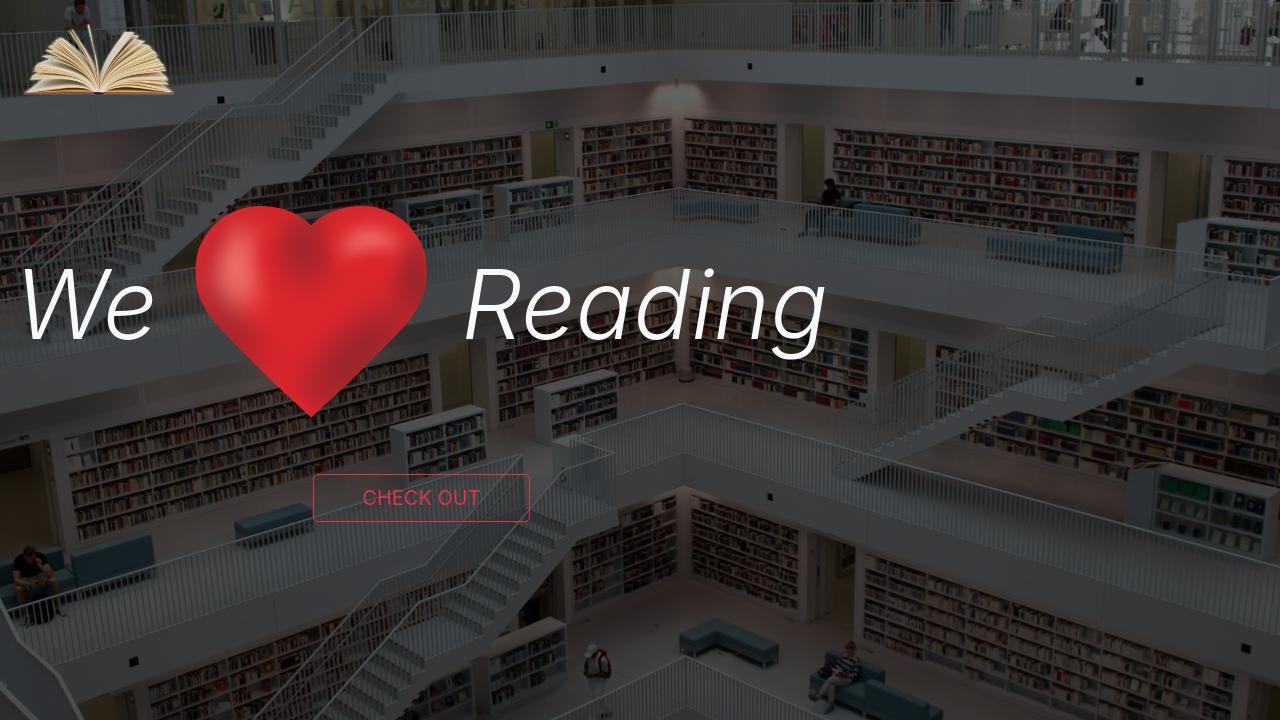
Repository: imedakrouti/BookStore
Page: index.html
An editor plug-in stored every save of this project. The page is shown before and after the next save, followed by the edit.
The browser window is 1280 px wide. The pictures show the whole page.
Some web libraries are served in a nearby version.

Above is the page before, as saved 2020-05-05 17:09:12.

After the next save:
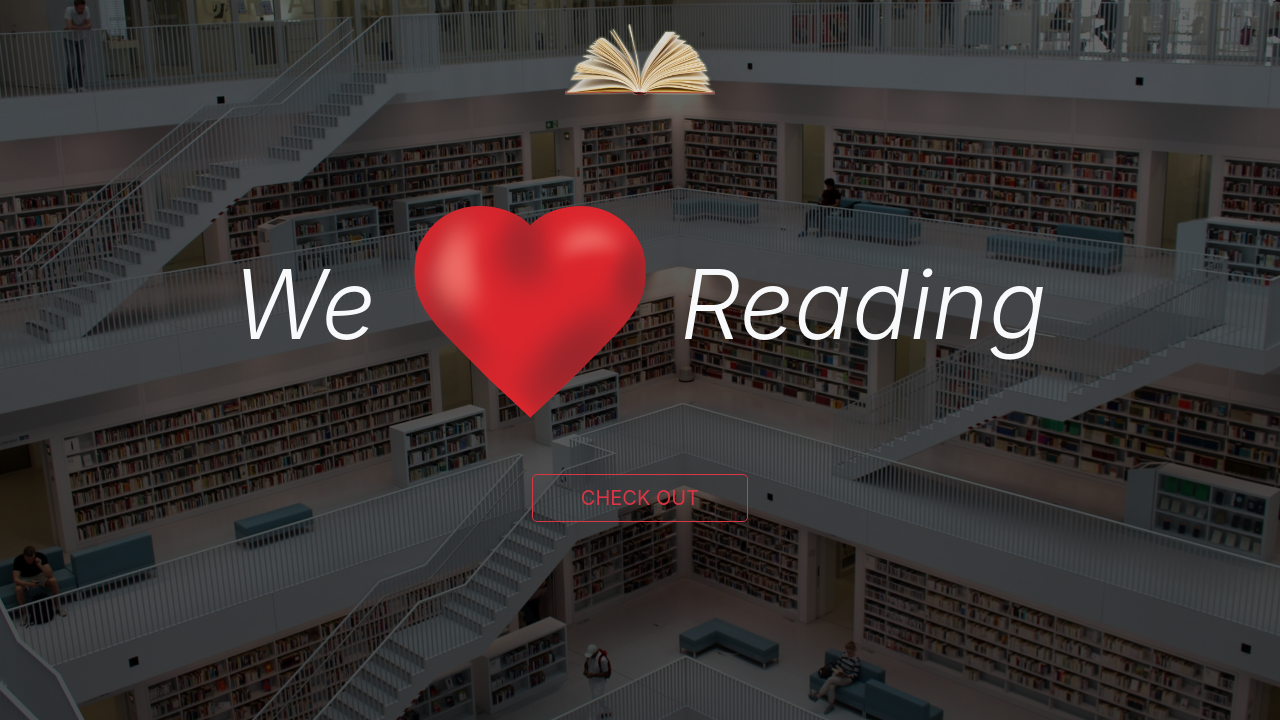
Saved 24 s later.
--- a/index.html
+++ b/index.html
@@ -16,7 +16,7 @@
 </head>
 <body>
     <!-- Header -->
-    <header class="d-flex  align-items-center ">
+    <header class="d-flex  align-items-center justify-content-center">
         <div class="align-self-start position-absolute">
             <a href=""><img src="images/img/book.png"width="150px" class="img-fluid m-4" alt=""></a>
         </div>

After the save that followed:
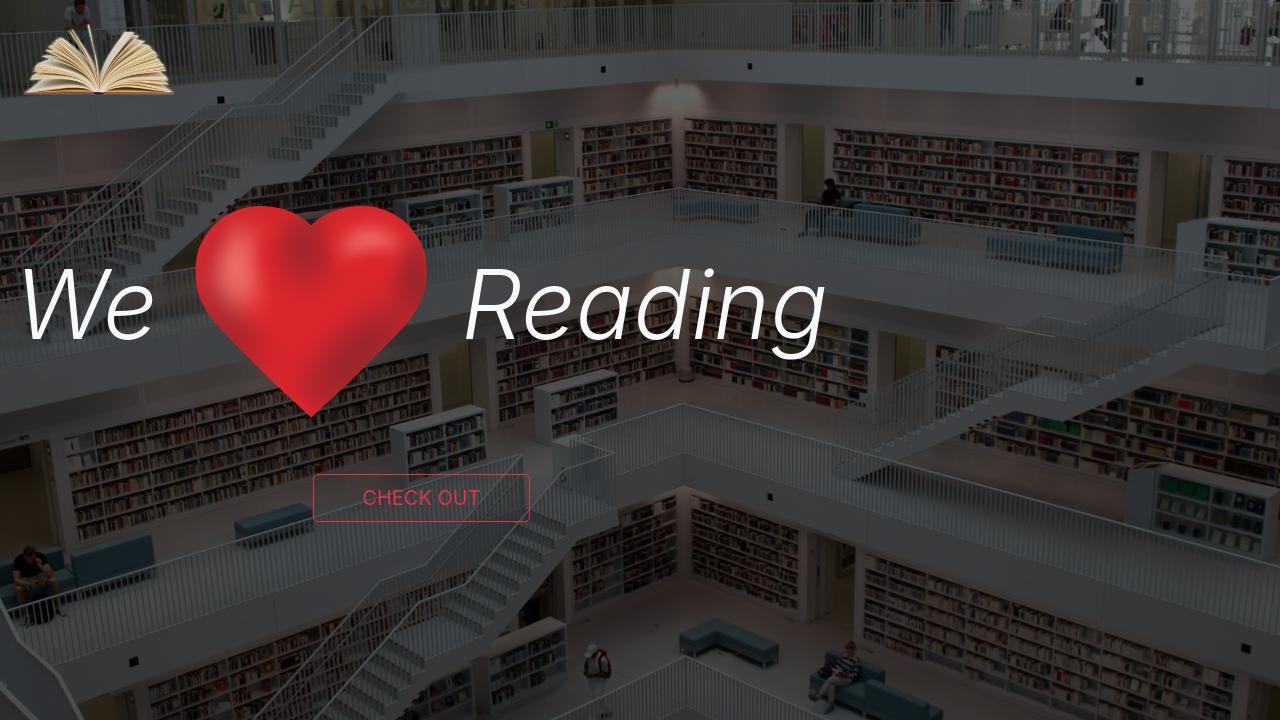
Saved 27 s later.
--- a/index.html
+++ b/index.html
@@ -16,7 +16,7 @@
 </head>
 <body>
     <!-- Header -->
-    <header class="d-flex  align-items-center justify-content-center">
+    <header class="d-flex  align-items-center">
         <div class="align-self-start position-absolute">
             <a href=""><img src="images/img/book.png"width="150px" class="img-fluid m-4" alt=""></a>
         </div>
